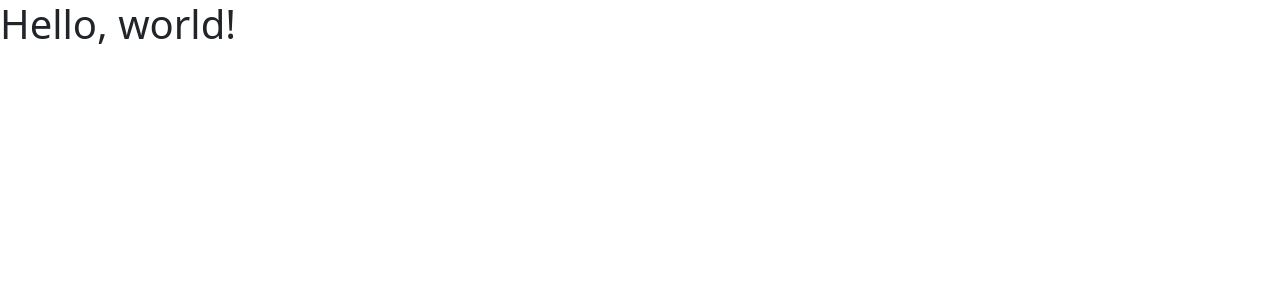
Repository: ritikalohia/Django-beginners-
Page: textutiles/templates/index.html
The author's editor kept a copy of each file at every save. The page is drawn from the files as they stood at one save, then again after a run of saves.
The browser window is 1280 px wide. The pictures show the whole page.

Above is the page before, as saved 2021-05-22 19:07:21.

After the next 2 saves:
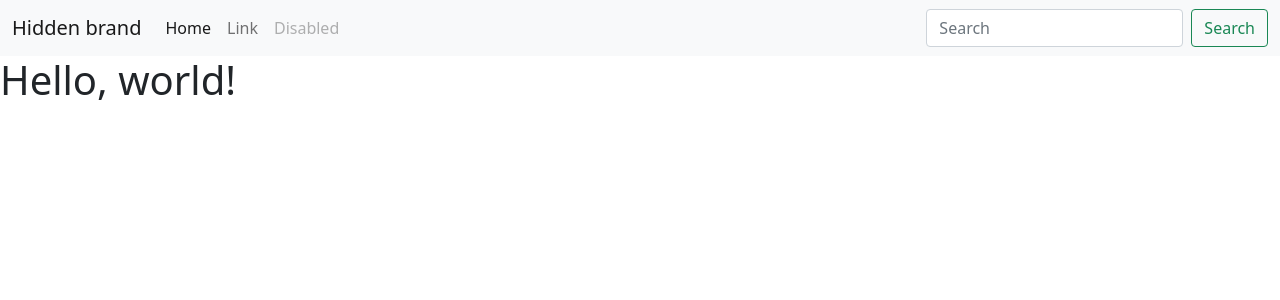
The 2 saves are shown as one change because they came seconds apart.
The last was saved 2 min 10 s later.
--- a/textutiles/templates/index.html
+++ b/textutiles/templates/index.html
@@ -11,6 +11,31 @@
     <title>Hello, world!</title>
   </head>
   <body>
+  <nav class="navbar navbar-expand-lg navbar-light bg-light">
+  <div class="container-fluid">
+    <button class="navbar-toggler" type="button" data-bs-toggle="collapse" data-bs-target="#navbarTogglerDemo01" aria-controls="navbarTogglerDemo01" aria-expanded="false" aria-label="Toggle navigation">
+      <span class="navbar-toggler-icon"></span>
+    </button>
+    <div class="collapse navbar-collapse" id="navbarTogglerDemo01">
+      <a class="navbar-brand" href="#">Hidden brand</a>
+      <ul class="navbar-nav me-auto mb-2 mb-lg-0">
+        <li class="nav-item">
+          <a class="nav-link active" aria-current="page" href="#">Home</a>
+        </li>
+        <li class="nav-item">
+          <a class="nav-link" href="#">Link</a>
+        </li>
+        <li class="nav-item">
+          <a class="nav-link disabled" href="#" tabindex="-1" aria-disabled="true">Disabled</a>
+        </li>
+      </ul>
+      <form class="d-flex">
+        <input class="form-control me-2" type="search" placeholder="Search" aria-label="Search">
+        <button class="btn btn-outline-success" type="submit">Search</button>
+      </form>
+    </div>
+  </div>
+</nav>
     <h1>Hello, world!</h1>
 
     <!-- Optional JavaScript; choose one of the two! -->
